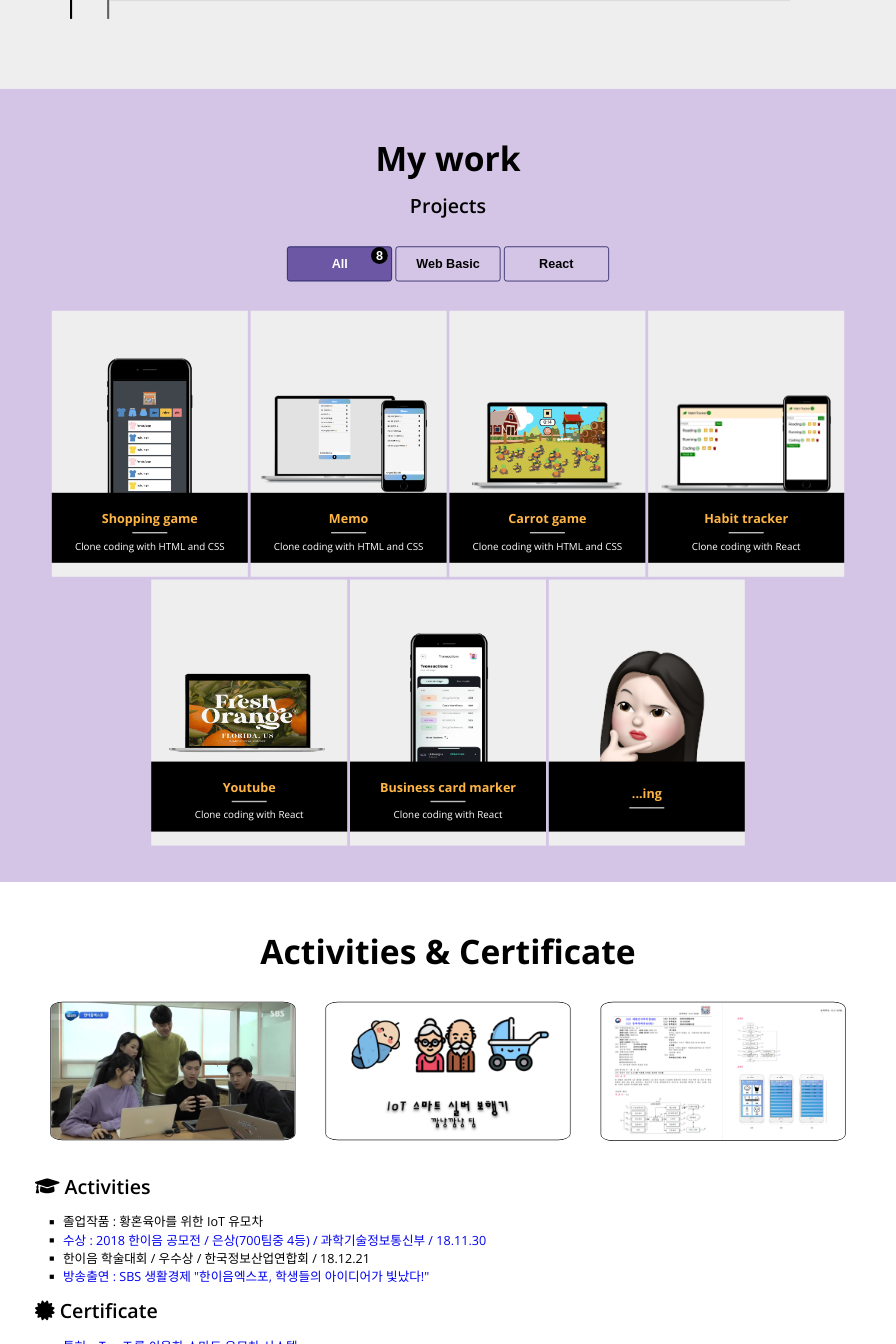
Repository: salangdung-i/portfolio
Page: index.html
An editor plug-in stored every save of this project. The page is shown before and after the next save, followed by the edit.
The browser window is 1280 px wide. The pictures show the part of the page from y = 3320 to 5240 px (the page is 5787 px tall), at 70% of full size.
Some web fonts or font styles are not loaded; a fallback is used. Some web libraries are served in a nearby version.

Above is the page before, as saved 2021-12-28 13:29:26.

After the next save:
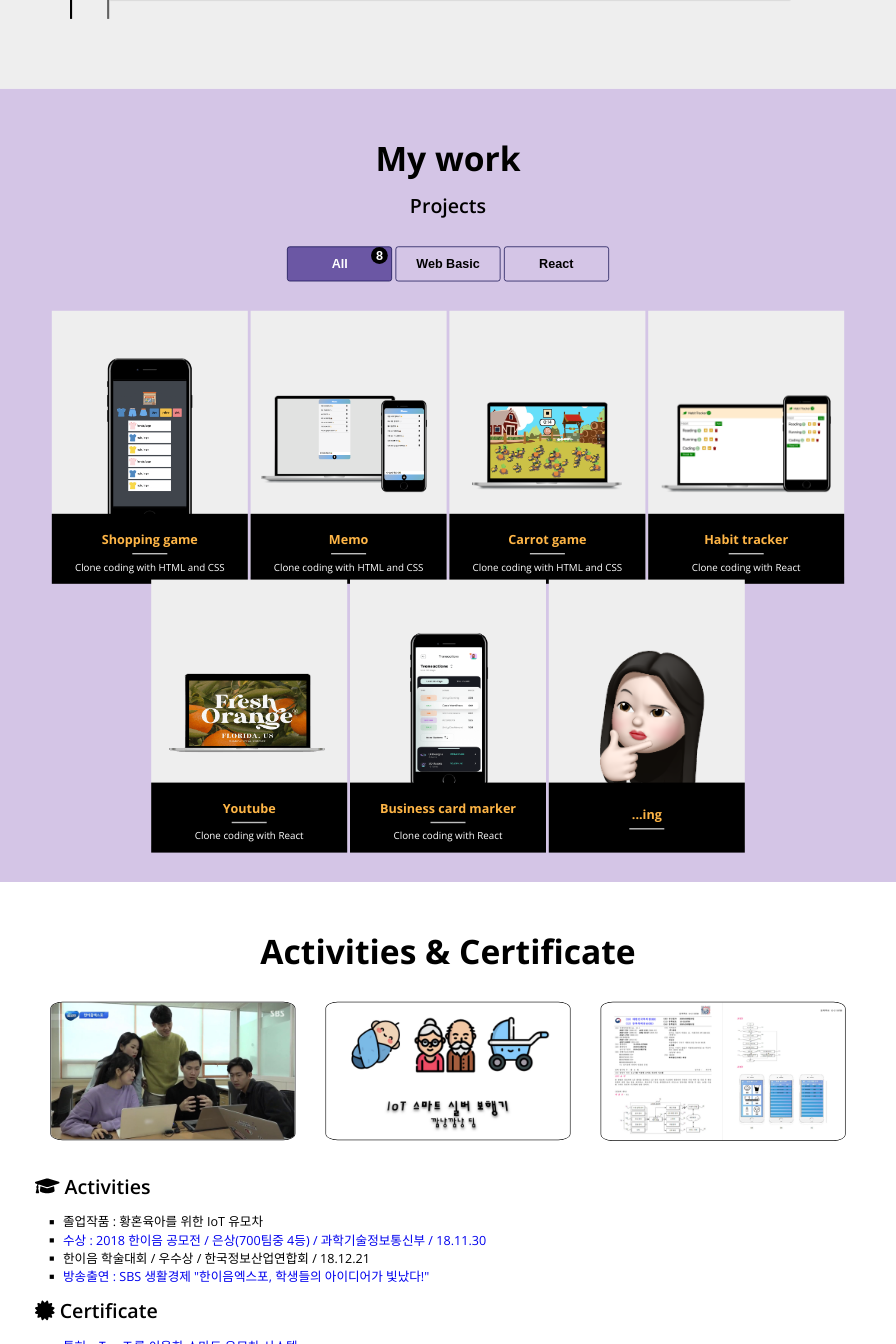
Saved 4 s later.
--- a/style.css
+++ b/style.css
@@ -484,7 +484,7 @@
   width: 100%;
   height: 100px;
   position: absolute;
-  top: 250px;
+  top: 280px;
   left: 0;
   /* opacity: 0; */
   transform: translateY(10px);
